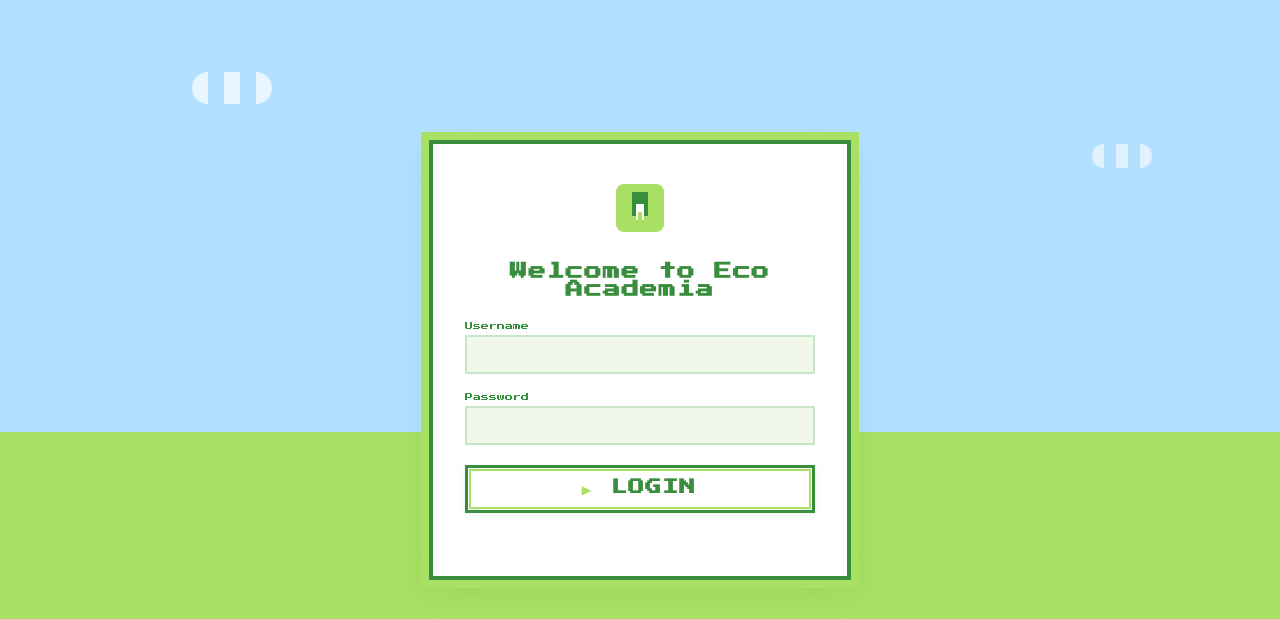
Repository: hotaruhshs/eco-academia
Page: login/index.html
The author's editor kept a copy of each file at every save. The page is drawn from the files as they stood at one save, then again after the next save.
The browser window is 1280 px wide. The pictures show the whole page.

Above is the page before, as saved 2025-07-06 01:15:51.

After the next save:
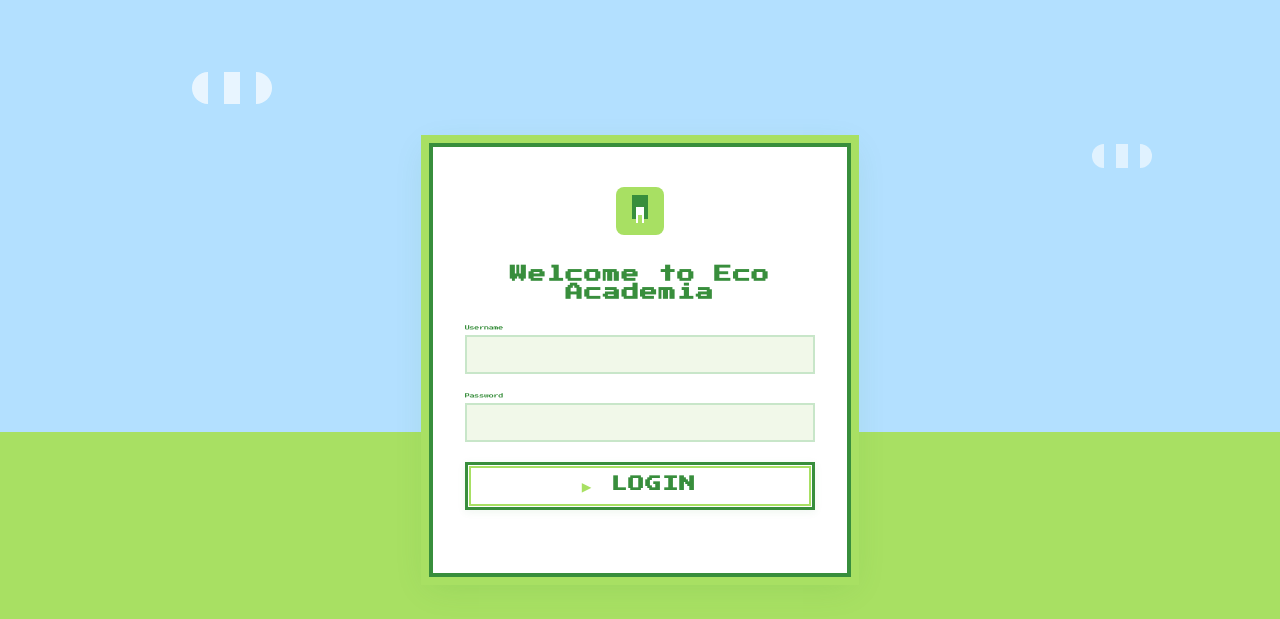
Saved 8 s later.
--- a/login/css/login.css
+++ b/login/css/login.css
@@ -93,7 +93,7 @@ h2 {
   color: #388e3c;
   font-weight: 500;
   font-family: "Press Start 2P", "Consolas", monospace;
-  font-size: 0.5rem;
+  font-size: 0.3rem;
 }
 
 .input-group input {
